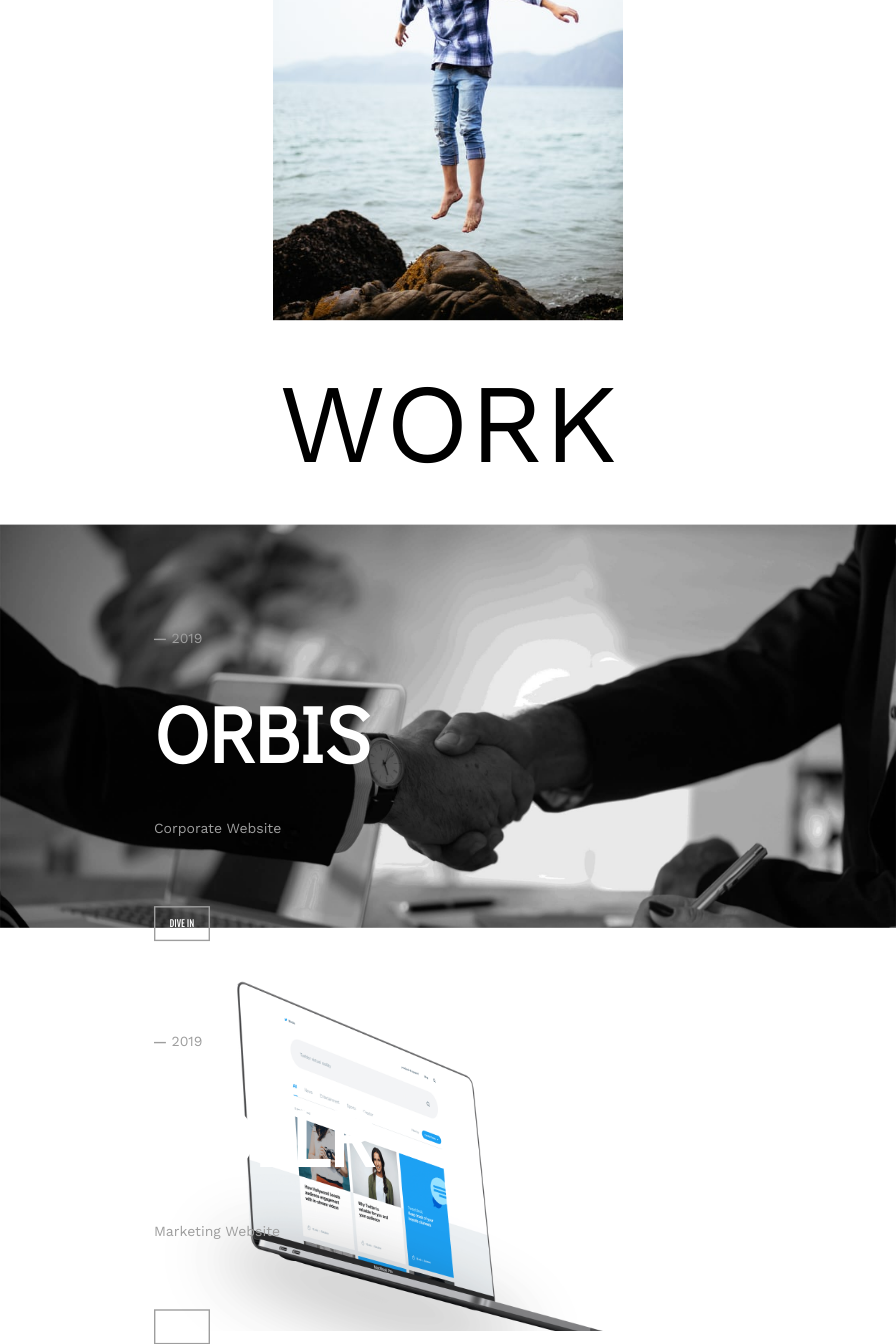
Repository: m0lt/DigitalDesigner
Page: index.html
The author's editor kept a copy of each file at every save. The page is drawn from the files as they stood at one save, then again after the next save.
The browser window is 1280 px wide. The pictures show the part of the page from y = 659 to 2579 px (the page is 2579 px tall), at 70% of full size.
Backgrounds fixed to the window are drawn as part of the page.

Above is the page before, as saved 2025-07-08 11:12:38.

After the next save:
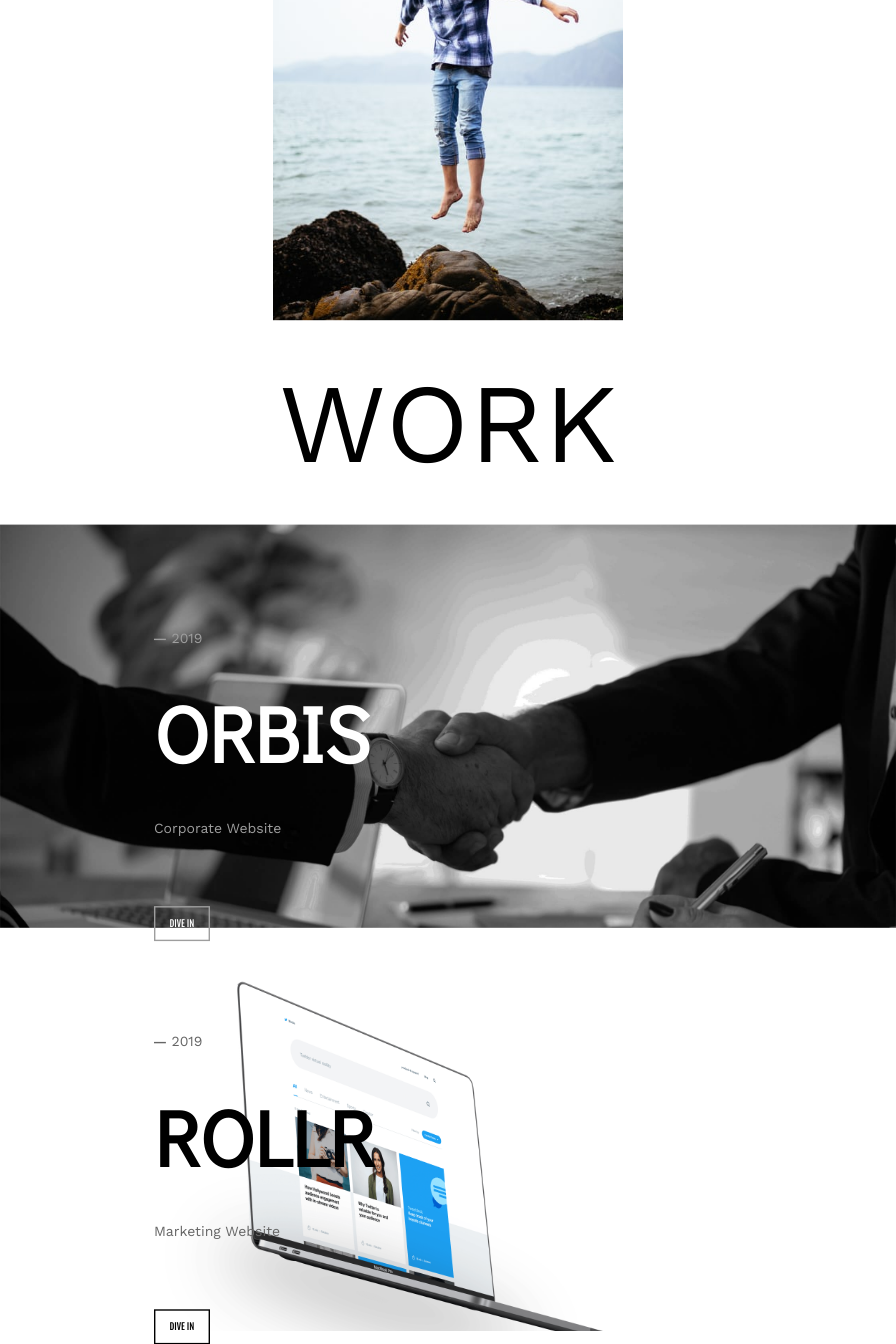
Saved 40 s later.
--- a/index.html
+++ b/index.html
@@ -22,7 +22,7 @@
         <p>Corporate Website</p>
         <button>DIVE IN</button>
       </section>
-      <section id="ROLLR" class="dark content">
+      <section id="ROLLR" class="light content">
         <p class="Year">2019</p>
         <h2>ROLLR</h2>
         <p>Marketing Website</p>
